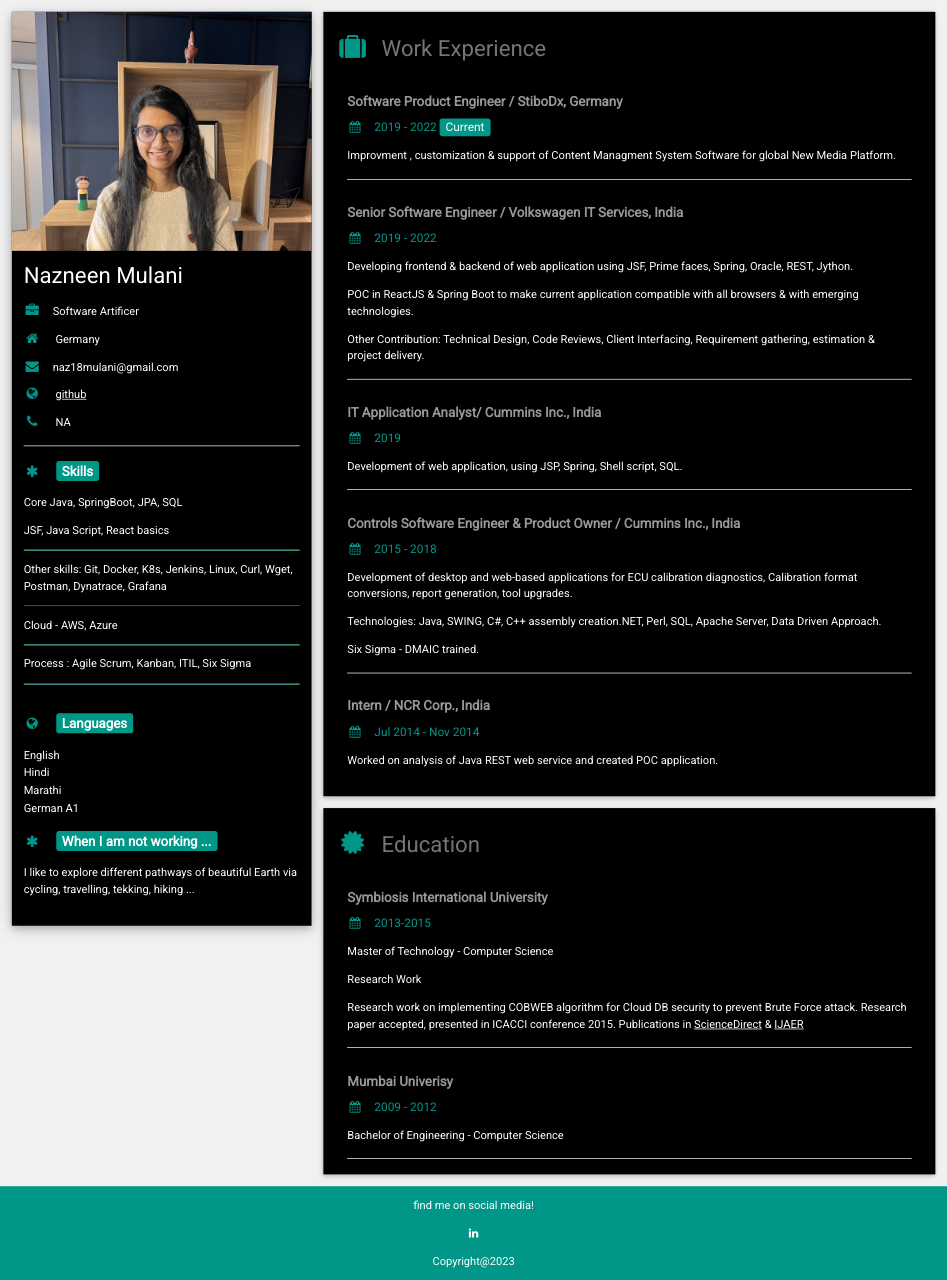
Repository: nazneenprojects/nazneen.github.io
Page: index.html
An editor plug-in stored every save of this project. The page is shown before and after the next save, followed by the edit.
The browser window is 1280 px wide. The pictures show the whole page, at 74% of full size.

Above is the page before, as saved 2023-07-09 11:57:46.

After the next save:
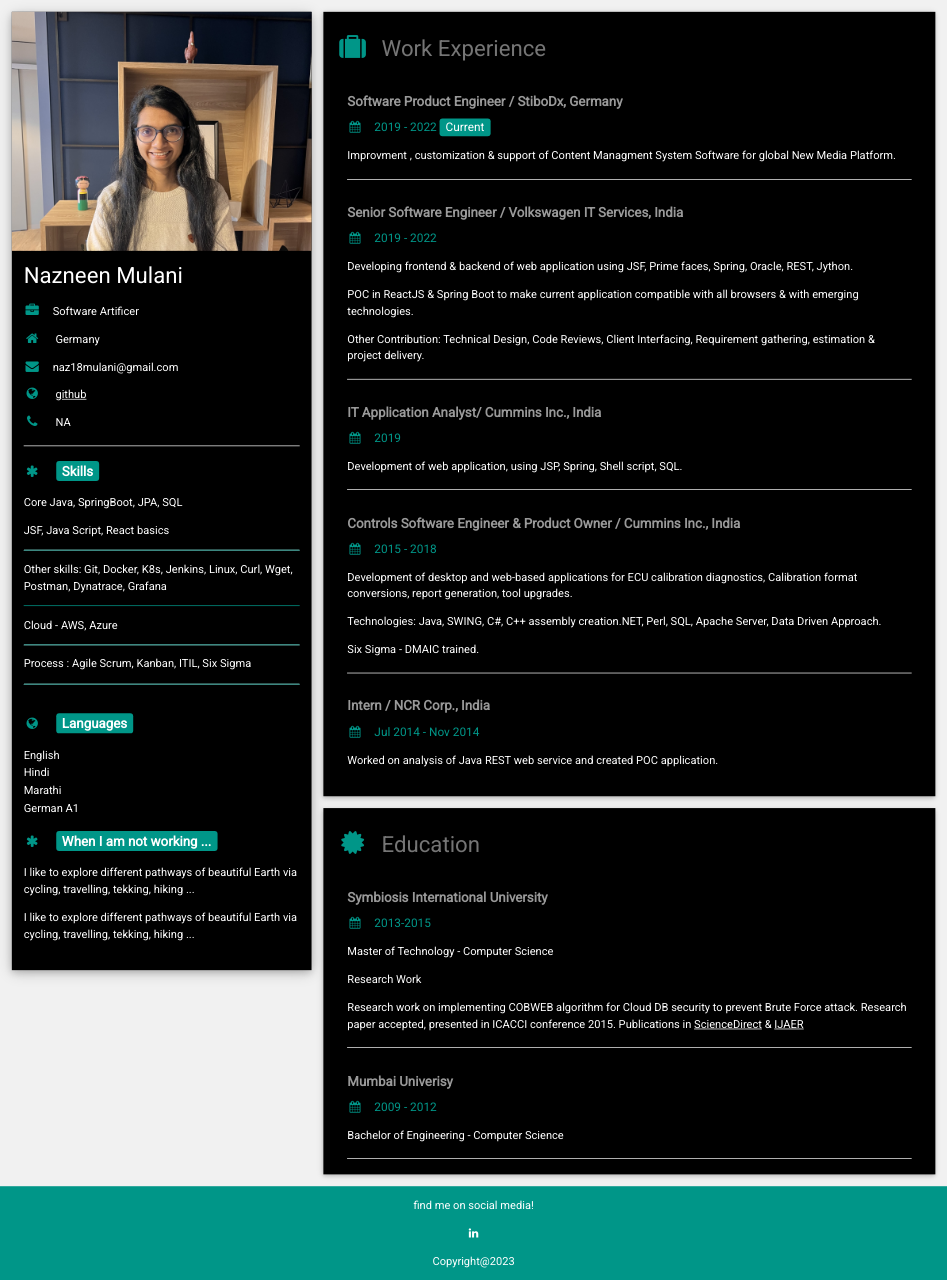
Saved 18 s later.
--- a/index.html
+++ b/index.html
@@ -81,6 +81,7 @@
           </div>
 
           <p class="w3-large"><b><i class="fa fa-asterisk fa-fw w3-margin-right w3-text-teal"></i> <span class="w3-tag w3-teal w3-round">When I am not working ...</span></b></p>
+          <p>I like to explore different pathways of beautiful Earth via cycling, travelling, tekking, hiking ...  </p>
           <p>I like to explore different pathways of beautiful Earth via cycling, travelling, tekking, hiking ...  </p>
 
           <br>
